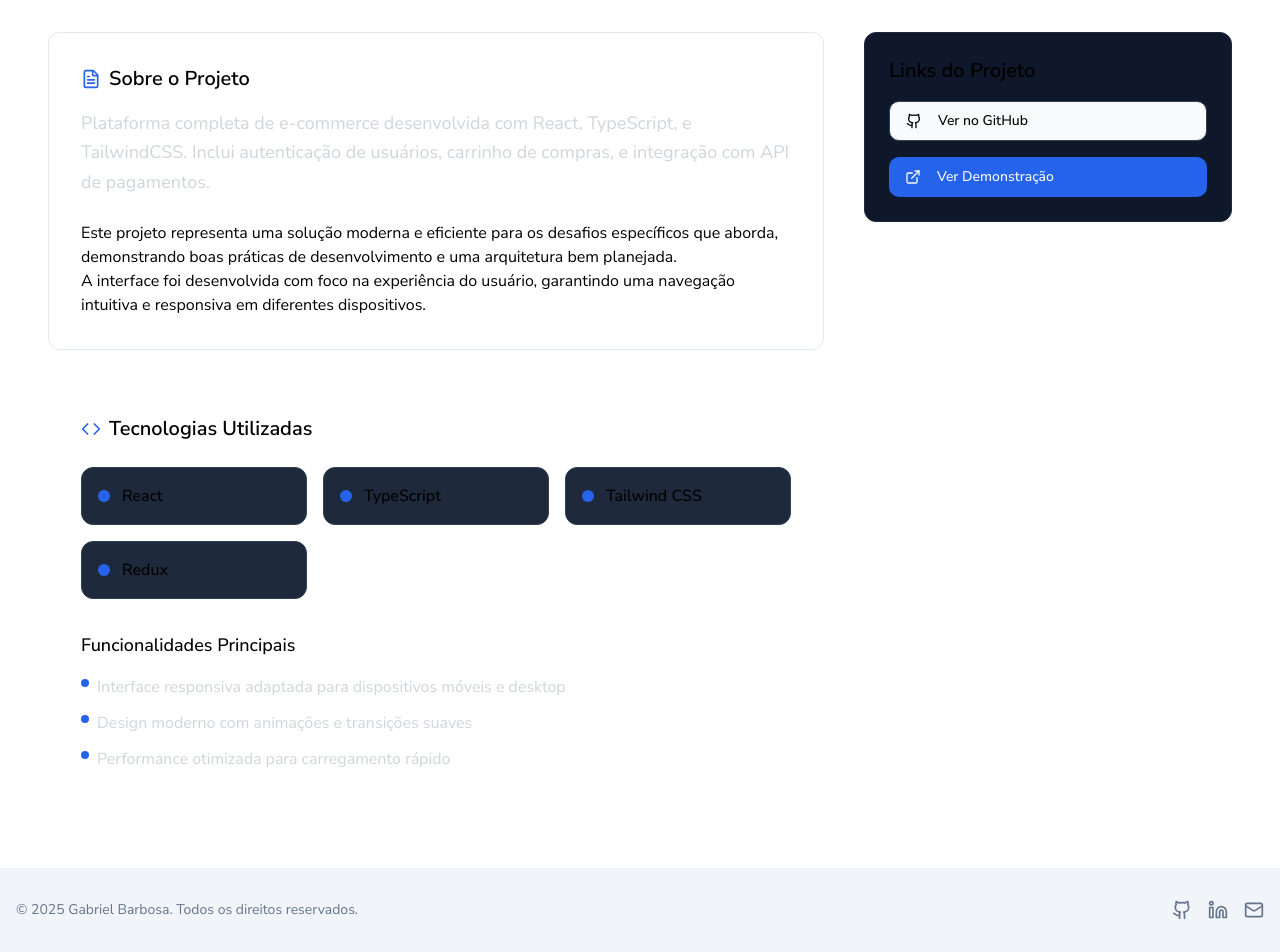
Repository: Biel-barbosa/portfolio-gabriel
Page: /projetos/1
The author's editor kept a copy of each file at every save. The page is drawn from the files as they stood at one save, then again after the next save.
The browser window is 1280 px wide. The pictures show the part of the page from y = 688 to 1640 px (the page is 1640 px tall).
The page's requests for data from a server got no answer. The project was rebuilt for these pictures with package versions that can differ from the ones it lists, and the page was loaded fresh each time. No one was signed in, and anything a server would have sent is missing. Also part of the build but not shown: vite.config.ts, src/components/ui/tooltip.tsx, src/components/ui/card.tsx, src/components/ui/badge.tsx, src/components/ProjectCard.tsx, src/pages/Index.tsx, src/pages/Projects.tsx, src/pages/Contact.tsx and 1 more.

Above is the page before, as saved 2025-05-20 16:58:40.

After the next save:
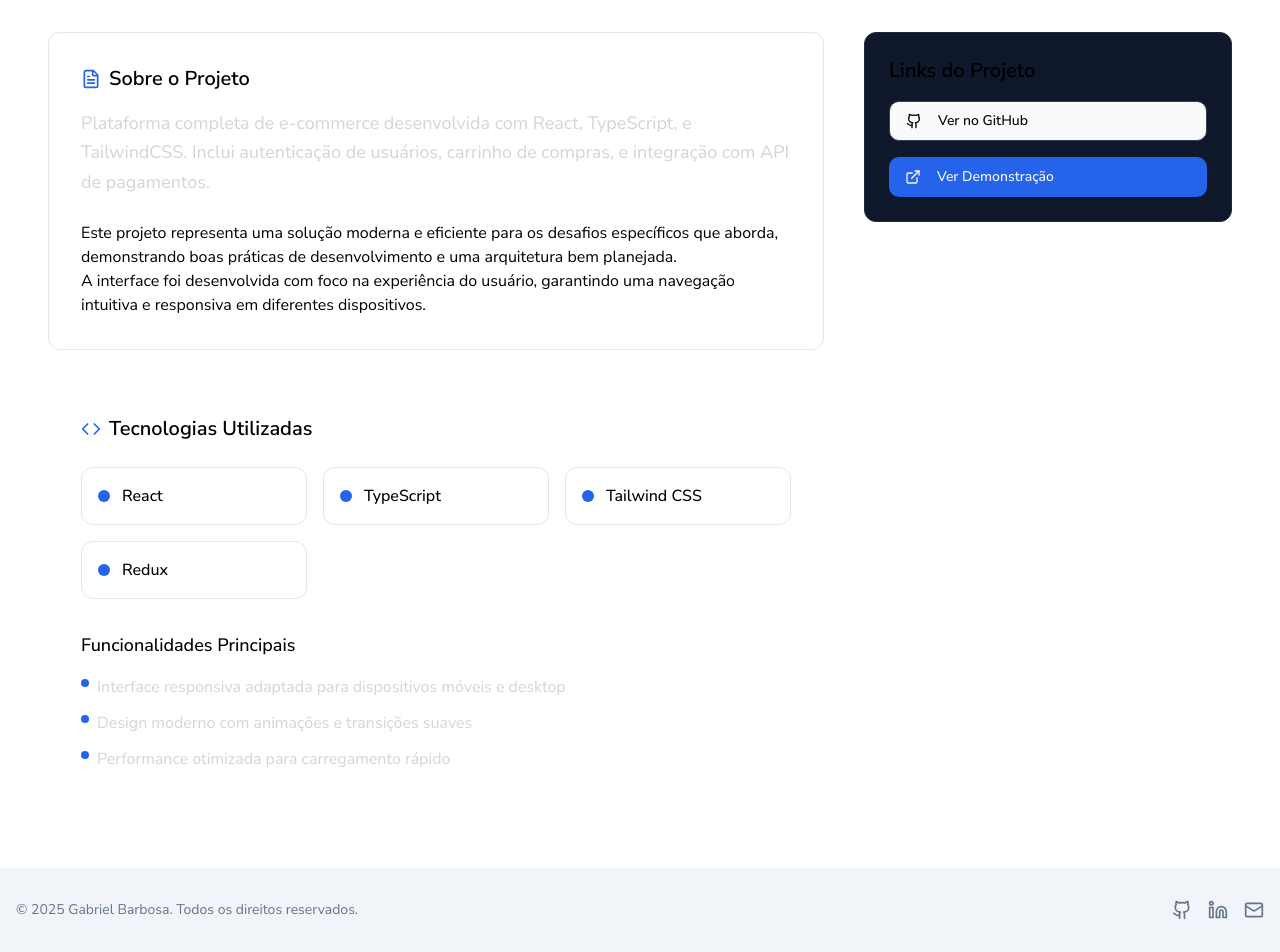
Saved 21 s later.
--- a/src/pages/ProjectDetail.tsx
+++ b/src/pages/ProjectDetail.tsx
@@ -159,7 +159,7 @@ const ProjectDetail = () => {
 
                     <div className="grid grid-cols-2 md:grid-cols-3 gap-4 mb-8">
                       {project.technologies && project.technologies.map((tech, index) => (
-                        <div key={index} className="bg-slate-800 border border-slate-700 rounded-lg p-4 flex items-center gap-3">
+                        <div key={index} className="bg-white border border-white-700 rounded-lg p-4 flex items-center gap-3">
                           <span className="h-3 w-3 rounded-full bg-primary"></span>
                           <span className="font-medium">{tech}</span>
                         </div>
